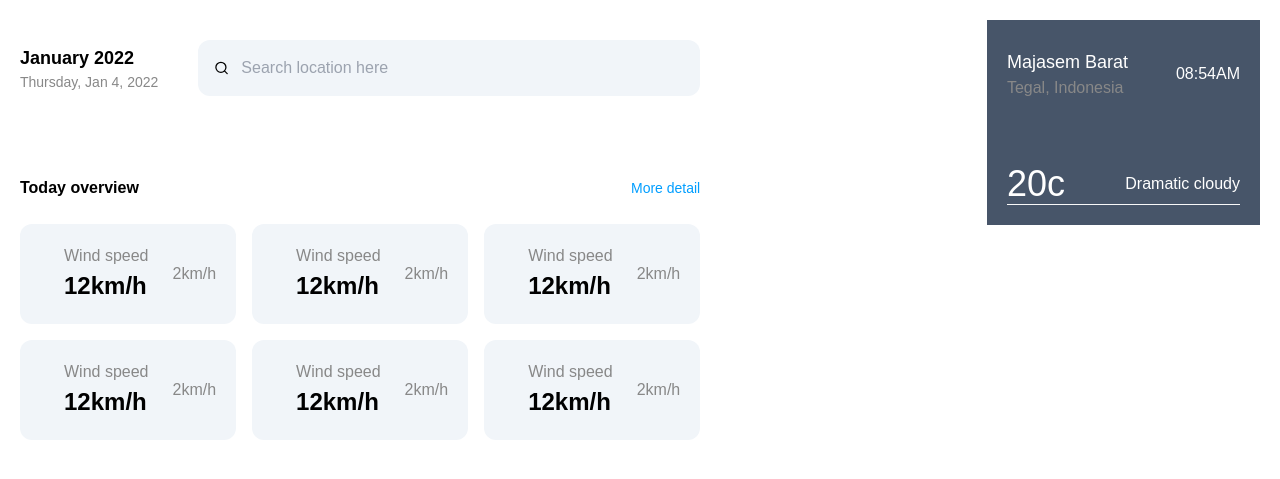
Repository: theweirdboiz/datawarehouse-ui
Page: /
These files come from the project's save history. The page is drawn as it stood at one moment and after the next save; the edit follows.
The browser window is 1280 px wide. The pictures show the whole page.
The project was rebuilt for these pictures with package versions that can differ from the ones it lists, and the page was loaded fresh each time. Also part of the build but not shown: vite.config.js.

Above is the page before, as saved 2022-11-23 16:44:22.

After the next save:
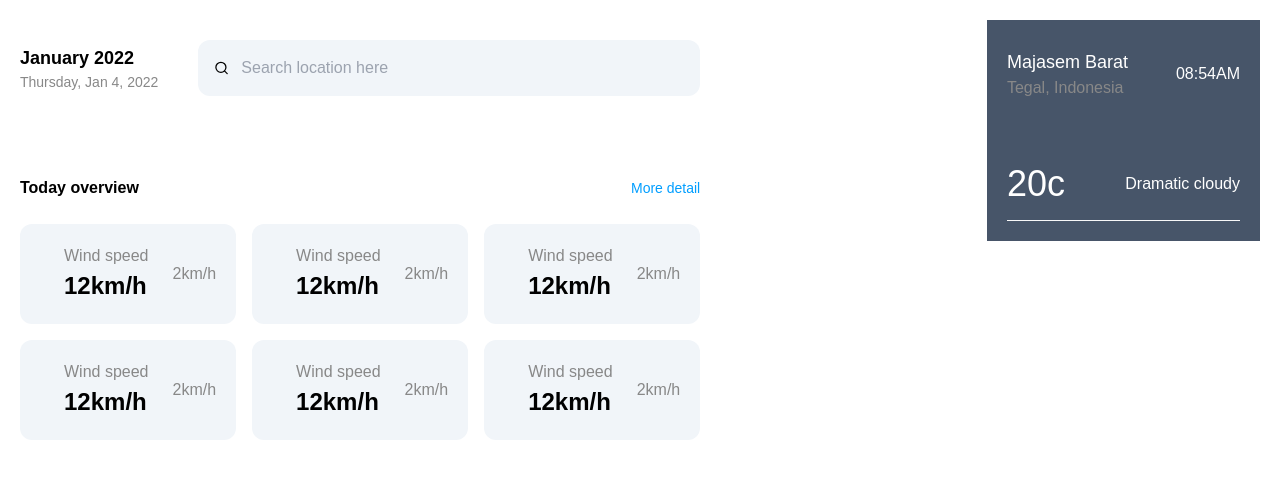
Saved 13 s later.
--- a/src/App.jsx
+++ b/src/App.jsx
@@ -99,7 +99,7 @@ function App() {
               </div>
               <h4>08:54AM</h4>
             </div>
-            <div className="mt-16 flex justify-between items-center border-b-[1px] border-[#f8f8f8]">
+            <div className="mt-16 flex justify-between items-center border-b-[1px] border-[#f8f8f8] pb-4">
               <div className="">
                 <h2 className="text-4xl">20c</h2>
               </div>
